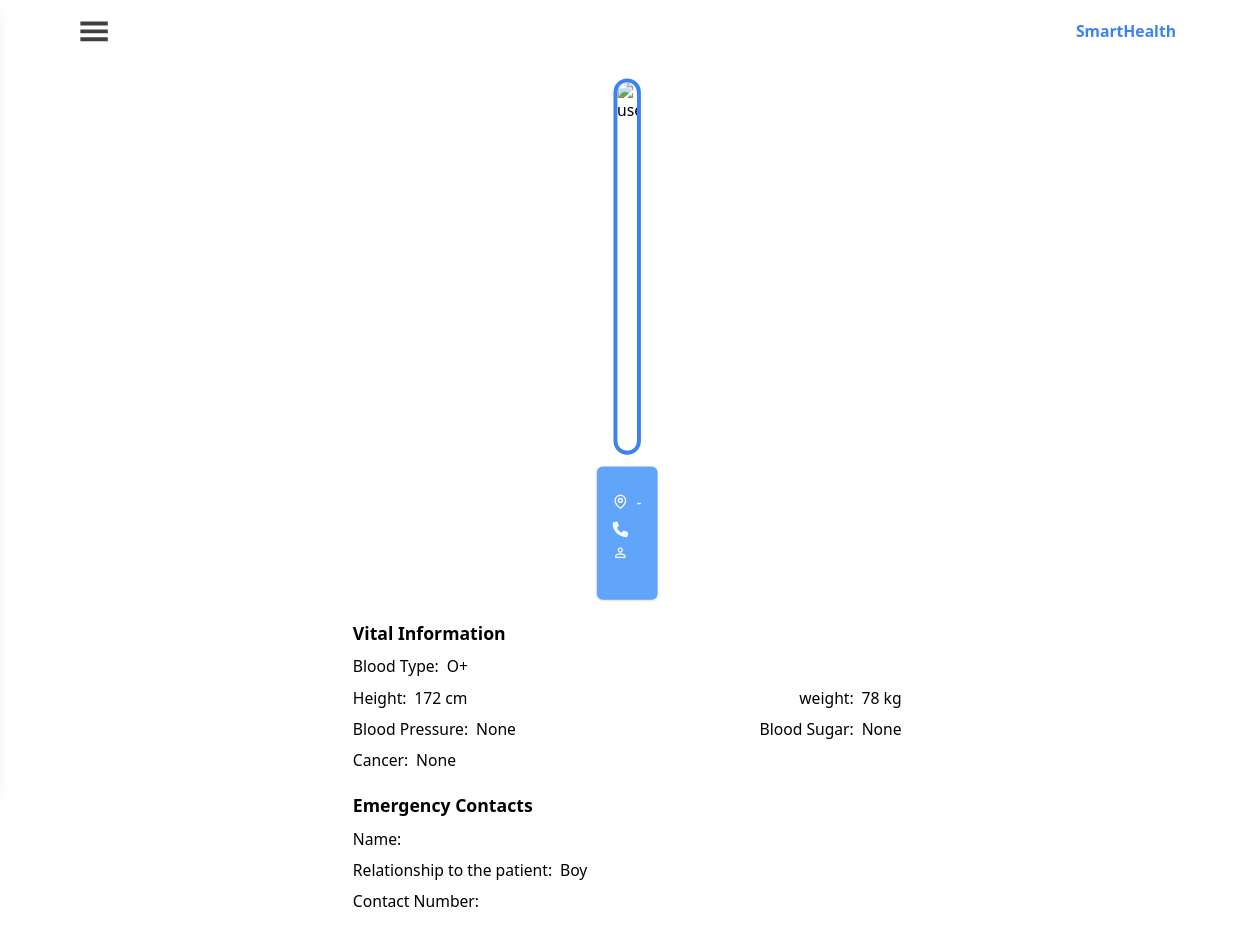
Repository: Sanaa00/HI-user
Page: /home
The author's editor kept a copy of each file at every save. The page is drawn from the files as they stood at one save, then again after the next save.
The browser window is 1280 px wide. The pictures show the whole page, at 98% of full size.
The page's requests for data from a server got no answer. The project was rebuilt for these pictures with package versions that can differ from the ones it lists, and the page was loaded fresh each time. No one was signed in, and anything a server would have sent is missing. Also part of the build but not shown: vite.config.js, src/App.css, src/Components/Pagination.jsx, src/Pages/Prescription.jsx, src/Components/modalComponent.jsx, src/Pages/Laboratory.jsx, src/Pages/Radiographic.jsx, src/Components/InputField.jsx and 2 more.

Above is the page before, as saved 2024-01-12 20:56:05.

### src/main.jsx
import React from 'react';
import ReactDOM from 'react-dom/client';
import App from './App.jsx';
import './index.css';
import Modal from 'react-modal';
import { BrowserRouter } from 'react-router-dom';
Modal.setAppElement('#root');
ReactDOM.createRoot(document.getElementById('root')).render(
  <React.StrictMode>
    <BrowserRouter>
      {/* <Provider store={store}> */}
      <App />
      {/* </Provider>{' '} */}
    </BrowserRouter>
  </React.StrictMode>,
);

### src/App.jsx
import { Route, Routes } from 'react-router-dom';
import './App.css';
import Home from './Pages/Home';
// import Test from './Pages/Test';
import Navbar from './Components/Navbar';
import Prescription from './Pages/Prescription';
import Laboratory from './Pages/Laboratory';
import Radiographic from './Pages/Radiographic';
import ModalComponent from './Components/modalComponent';
import Login from './Pages/Login';
import SignUp from './Pages/SignUp';

function App() {
  return (
    <>
      <Navbar />
      <Routes>
        <Route path="/home" element={<Home />} />
        <Route path="/laboratory" element={<Laboratory />}>
          <Route path=":id" element={<ModalComponent />} />
        </Route>
        <Route path="/Radiographic" element={<Radiographic />} />
        <Route path="/Prescription" element={<Prescription />} />
        <Route path="/" element={<Login />} />
        <Route path="/signup" element={<SignUp />} />
        {/* <Route path="products" element={<Products />} />
          <Route path="setting" element={<Setting />} />
          <Route path="hide" element={<HideProducts />} /> */}
        {/* </Route> */}
      </Routes>
    </>
  );
}

export default App;

### src/Pages/Home.jsx
import { useEffect, useState } from 'react';
import { supabase } from '../supabaseClient';
import { FaLocationDot, FaPhone } from 'react-icons/fa6';
import { MdPermIdentity } from 'react-icons/md';
import { GrLocation } from 'react-icons/gr';
function Home() {
  const [data, setData] = useState([]);

  useEffect(() => {
    const fetchData = async () => {
      const { data, error } = await supabase
        .from('personInformation')
        .select('*')
        .eq('id', 34567890)
        .single();
      console.log('first', data);
      if (error) console.log('Error', error);
      else setData(data);
    };

    fetchData();
  }, []);
  return (
    <div className="mt-16 min-h-screen p-4 sm:px-10 md:px-20  flex flex-col lg:items-center">
      <div className="flex justify-center items-center">
        {console.log(data)}{' '}
        <img
          className="object-cover rounded-full w-72 border-4 border-blue-500 h-72 lg:w-1/2 lg:h-96 "
          src={data.userImage}
          alt="user"
        />
      </div>
      {/* <div className="mt-5 text-center font-bold text-lg lg:w-1/2">
        Personal Information
      </div> */}
      <div className="mt-3 lg:w-1/2 flex justify-center items-center">
        {/* <span>Name:</span> */}
        <span className="ml-2 font-semibold">{data.fullName}</span>
      </div>{' '}
      {/* <div className="mt-2 flex justify-between items-center lg:w-1/2"> */}
      {/* <span>
          {' '}
          <span>DOB:</span>
          <span className="ml-2">{data.dateOfBirth}</span>
        </span>{' '}
        <span>
          {' '}
          <span>Gender:</span>
          <span className="ml-2">{data.gender}</span>
        </span> */}
      {/* </div>{' '} */}
      <div className="bg-blue-400 text-neutral-50 rounded-md p-4 shadow ">
        {' '}
        <div className="mt-2 flex justify-between items-center lg:w-1/2">
          <span className="flex items-center flex-row">
            {' '}
            <span>
              <GrLocation />
            </span>
            <span className="ml-2">
              {data.city}-{data.address}
            </span>
          </span>
        </div>
        {/* ****************** */}
        <div className="mt-2 flex justify-between items-center lg:w-1/2">
          <span className="flex items-center">
            {' '}
            <span>
              <FaPhone />
            </span>
            <span className="ml-2">{data.contactNumber}</span>
          </span>{' '}
        </div>{' '}
        <div className="mt-2 flex justify-between items-center lg:w-1/2">
          <span>
            {' '}
            <span>
              <MdPermIdentity />
            </span>
            <span className="ml-2">{data.id}</span>
          </span>{' '}
        </div>
      </div>
      {/* **********vital information*********** */}
      <div className="mt-5 font-bold text-lg lg:w-1/2">Vital Information</div>
      <div className="mt-2 flex justify-between items-center lg:w-1/2">
        <span>
          {' '}
          <span>Blood Type:</span>
          <span className="ml-2">O+</span>
        </span>{' '}
      </div>{' '}
      <div className="mt-2 flex justify-between items-center lg:w-1/2">
        <span>
          {' '}
          <span>Height:</span>
          <span className="ml-2">172 cm</span>
        </span>{' '}
        <span>
          {' '}
          <span>weight:</span>
          <span className="ml-2">78 kg</span>
        </span>{' '}
      </div>{' '}
      <div className="mt-2 flex justify-between items-center lg:w-1/2">
        <span>
          {' '}
          <span>Blood Pressure:</span>
          <span className="ml-2">None</span>
        </span>{' '}
        <span>
          {' '}
          <span>Blood Sugar:</span>
          <span className="ml-2">None</span>
        </span>{' '}
      </div>{' '}
      <div className="mt-2 flex justify-between items-center lg:w-1/2">
        <span>
          {' '}
          <span>Cancer:</span>
          <span className="ml-2">None</span>
        </span>{' '}
      </div>{' '}
      {/* ***************Emergency Contacts********** */}
      <div className="mt-5 font-bold text-lg lg:w-1/2">Emergency Contacts</div>
      <div className="mt-2 flex justify-between items-center lg:w-1/2">
        <span>
          {' '}
          <span>Name:</span>
          <span className="ml-2">{data.emergencyContactName}</span>
        </span>{' '}
      </div>{' '}
      <div className="mt-2 flex justify-between items-center lg:w-1/2">
        <span>
          {' '}
          <span>Relationship to the patient:</span>
          <span className="ml-2">Boy</span>
        </span>{' '}
      </div>{' '}
      <div className="mt-2 mb-5 flex justify-between items-center lg:w-1/2">
        <span>
          {' '}
          <span>Contact Number:</span>
          <span className="ml-2">{data.emergencyContactNumber}</span>
        </span>{' '}
      </div>
    </div>
  );
}

export default Home;

### src/Components/Navbar.jsx
import { useState } from 'react';
import { Link, NavLink } from 'react-router-dom';
import { GiHamburgerMenu } from 'react-icons/gi';
import { IoCloseSharp } from 'react-icons/io5';
function Navbar() {
  const [open, setOpen] = useState(false);
  return (
    <div className="flex text-neutral-700 top-0 z-50 fixed px-4 sm:px-10 md:px-20 justify-between items-center bg-white h-16 w-full">
      <div
        className={` flex justify-between hover:bg-opacity-80 duration-500 hover:duration-500 items-center w-full h-full text-lg font-bold`}
      >
        <button onClick={() => setOpen(!open)} className="">
          <GiHamburgerMenu className="w-8 h-8" />
        </button>{' '}
        <div
          className={` bg-white rounded-sm  flex flex-col fixed w-4/5 lg:w-96 top-0 z-40 left-0 shadow-lg transform duration-500 ease-in-out ${
            open ? 'translate-x-0' : '-translate-x-full'
          }`}
        >
          <button
            onClick={() => setOpen(!open)}
            className="mt-3 mb-2 left-0 px-3 flex h-16"
          >
            <IoCloseSharp className="w-9 h-9" />
          </button>

          <div className="w-full h-screen flex flex-col text-orange p-4">
            <Link to="/home" onClick={() => setOpen(!open)} className="pb-3">
              Person Information
            </Link>
            <Link
              to="/Radiographic"
              onClick={() => setOpen(!open)}
              className="py-3"
            >
              Radiographic examination
            </Link>
            <Link
              to="/laboratory"
              onClick={() => setOpen(!open)}
              className="py-3"
            >
              Laboratory examination
            </Link>
            <Link
              to="/Prescription"
              onClick={() => setOpen(!open)}
              className="py-3"
            >
              Prescription
            </Link>
          </div>
        </div>
      </div>
      <NavLink to="/home" className="ml-2 font-bold text-blue-500">
        SmartHealth
      </NavLink>
    </div>
  );
}

export default Navbar;

### src/supabaseClient.js
import { createClient } from '@supabase/supabase-js';

const supabaseUrl =
    import.meta.env.VITE_REACT_APP_SUPABASE_URL;
const supabaseAnonKey =
    import.meta.env.VITE_REACT_APP_SUPABASE_ANON_KEY;

export const supabase = createClient(supabaseUrl, supabaseAnonKey);

Loaded but not shown: index.html (common file); src/index.css (common file); tailwind.config.js (common file)

After the next save:
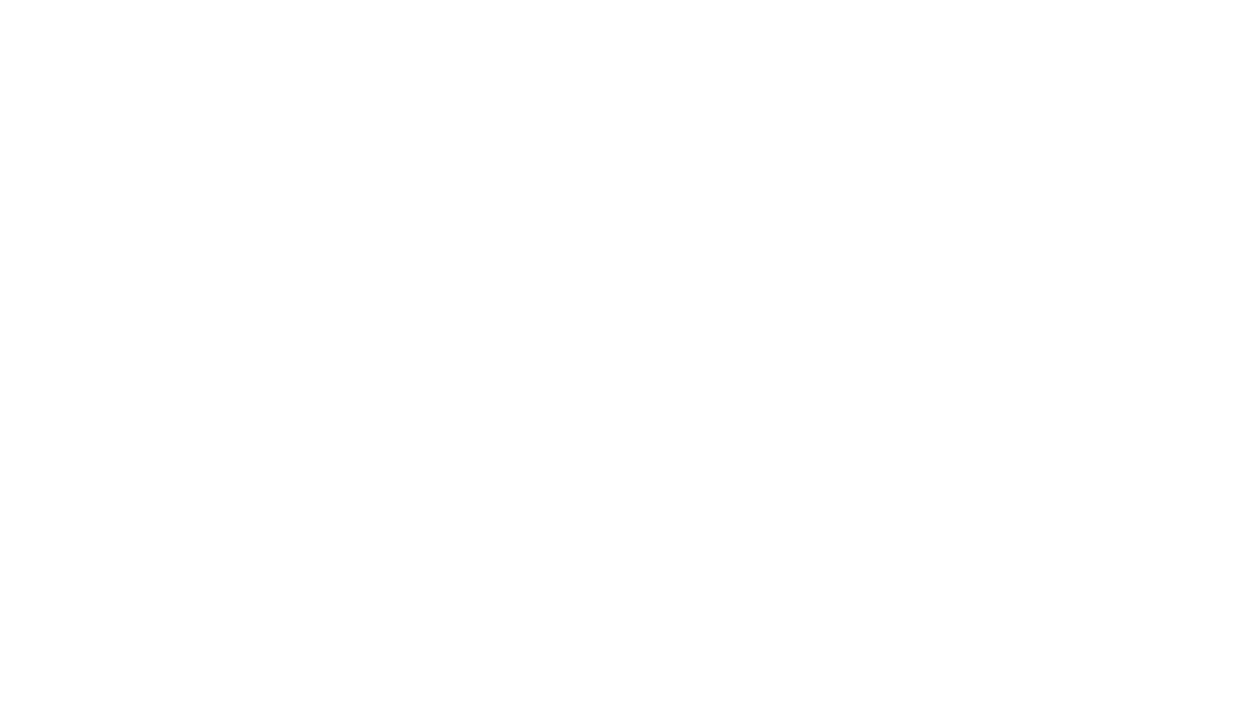
Console error: ReferenceError: CiPhone is not defined
Saved 45 s later.
--- a/src/Pages/Home.jsx
+++ b/src/Pages/Home.jsx
@@ -67,7 +67,7 @@ function Home() {
           <span className="flex items-center">
             {' '}
             <span>
-              <FaPhone />
+              <CiPhone />
             </span>
             <span className="ml-2">{data.contactNumber}</span>
           </span>{' '}

After the save that followed:
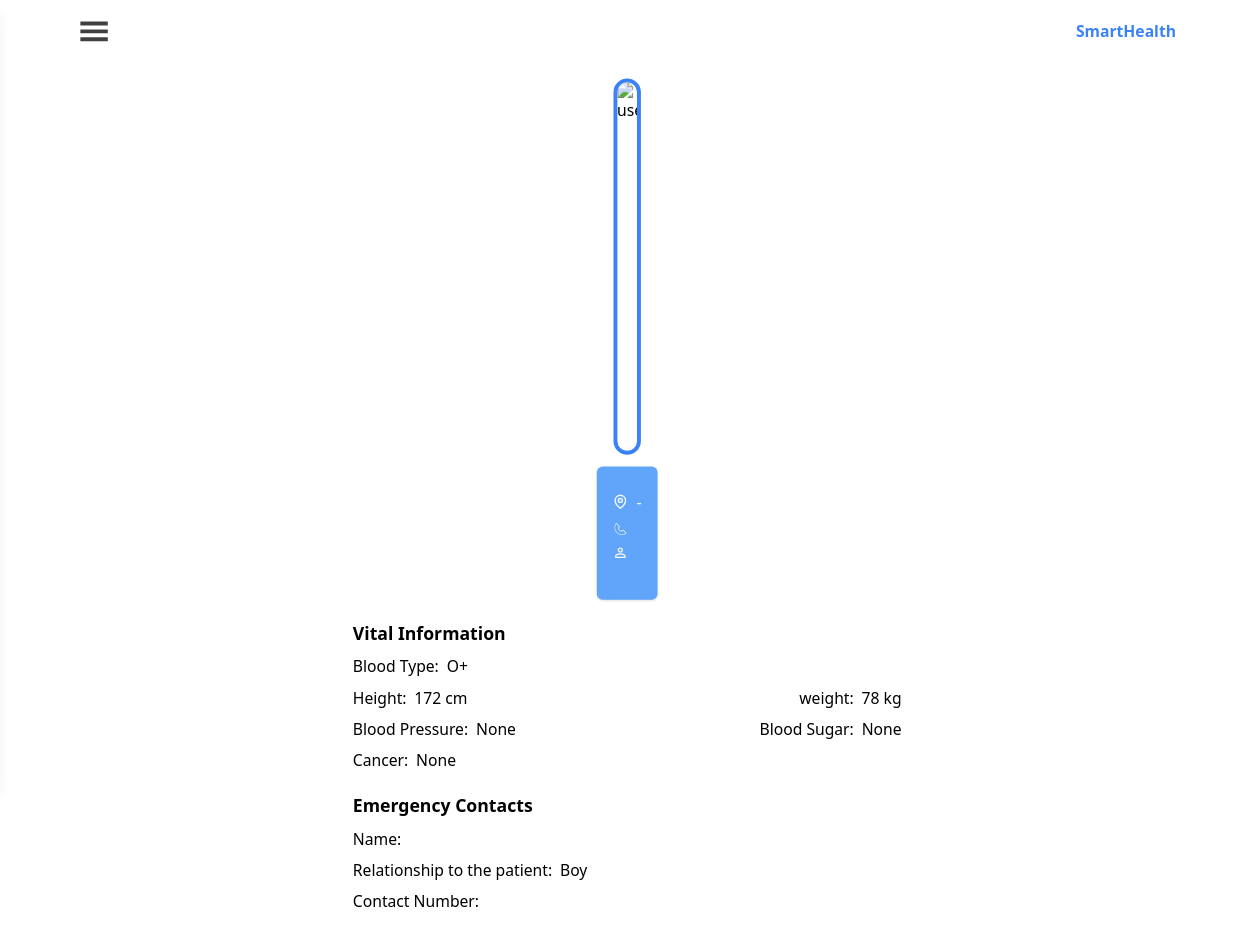
The error is gone.
Saved 6 s later.
--- a/src/Pages/Home.jsx
+++ b/src/Pages/Home.jsx
@@ -2,6 +2,7 @@ import { useEffect, useState } from 'react';
 import { supabase } from '../supabaseClient';
 import { FaLocationDot, FaPhone } from 'react-icons/fa6';
 import { MdPermIdentity } from 'react-icons/md';
+import { CiPhone } from 'react-icons/ci';
 import { GrLocation } from 'react-icons/gr';
 function Home() {
   const [data, setData] = useState([]);
